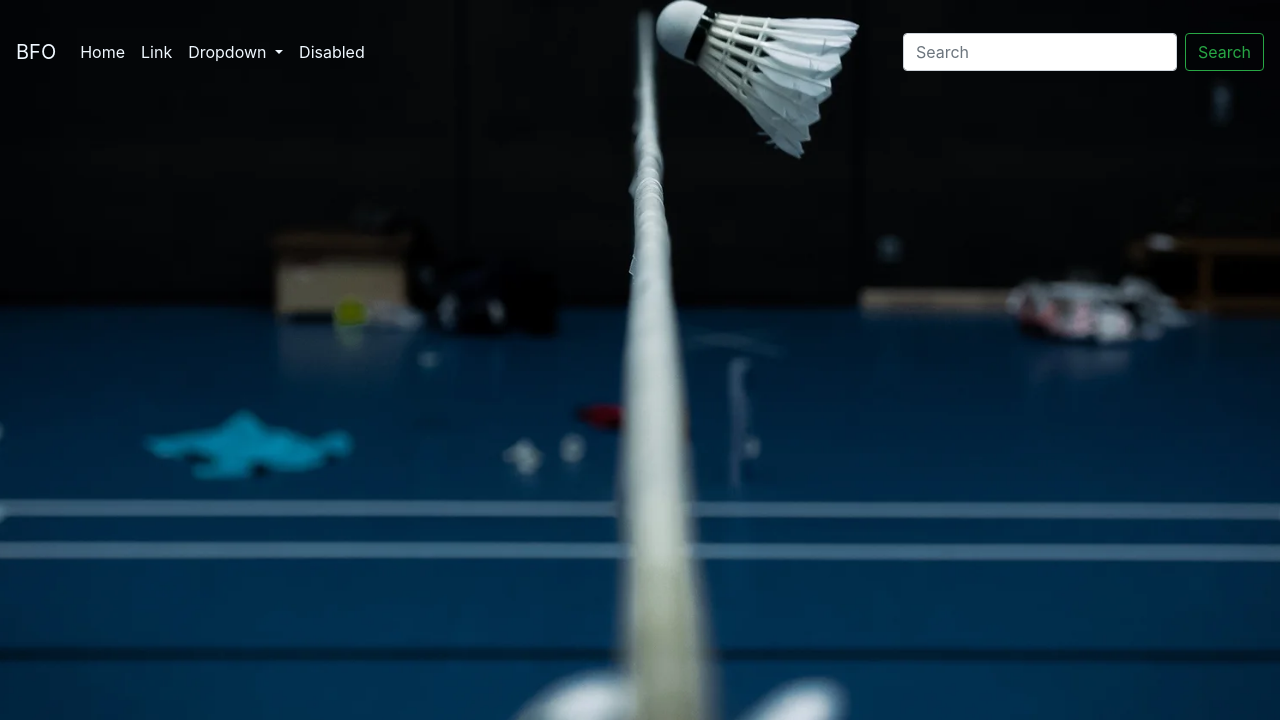
Repository: tsthuy/Badminton
Page: index.html
An editor plug-in stored every save of this project. The page is shown before and after the next save, followed by the edit.
The browser window is 1280 px wide. The pictures show the whole page.
Some web libraries are served in a nearby version.

Above is the page before, as saved 2023-10-12 21:28:26.

After the next save:
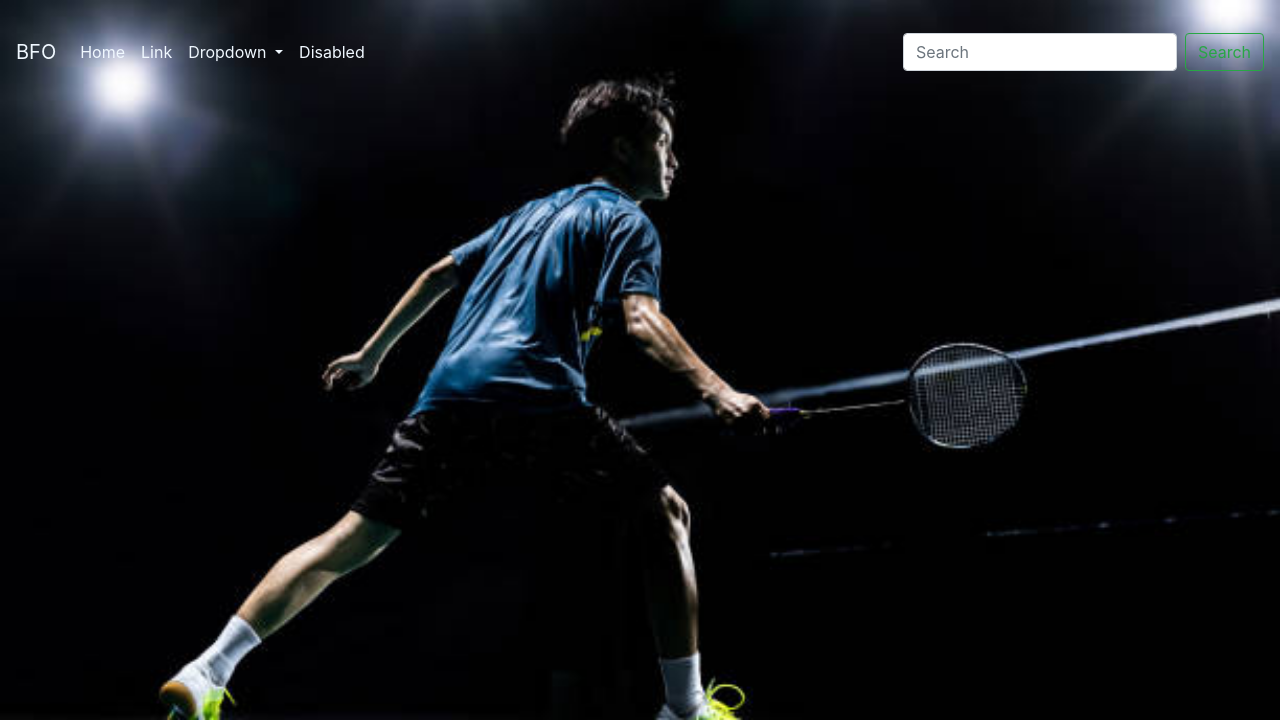
Saved 17 min 41 s later.
--- a/index.html
+++ b/index.html
@@ -48,7 +48,7 @@
 </nav>
    <div class="background_cover">
 
-    <img class="bg_img" src="./Image/Image by Stephan Rothe.webp" alt="" style="object-fit: cover;margin-top: -80px; height: 100vh; width: 100%;">
+    <img class="bg_img" src="./Image/istockphoto-1094296340-612x612.jpg" alt="" style="object-fit: cover;margin-top: -80px; height: 100vh; width: 100%;">
    </div>
 
 </body>

After the save that followed:
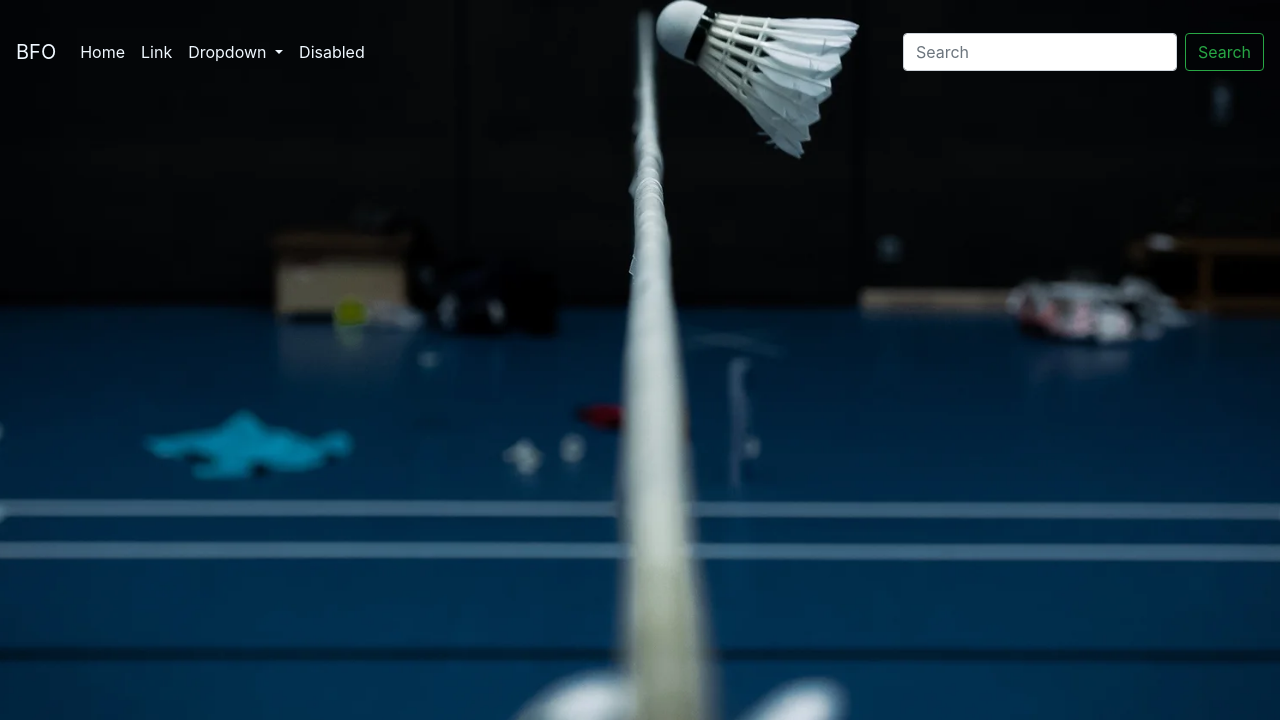
Saved 31 s later.
--- a/index.html
+++ b/index.html
@@ -48,7 +48,7 @@
 </nav>
    <div class="background_cover">
 
-    <img class="bg_img" src="./Image/istockphoto-1094296340-612x612.jpg" alt="" style="object-fit: cover;margin-top: -80px; height: 100vh; width: 100%;">
+    <img class="bg_img" src="./Image/Image by Stephan Rothe.webp" alt="" style="object-fit: cover;margin-top: -80px; height: 100vh; width: 100%;">
    </div>
 
 </body>
